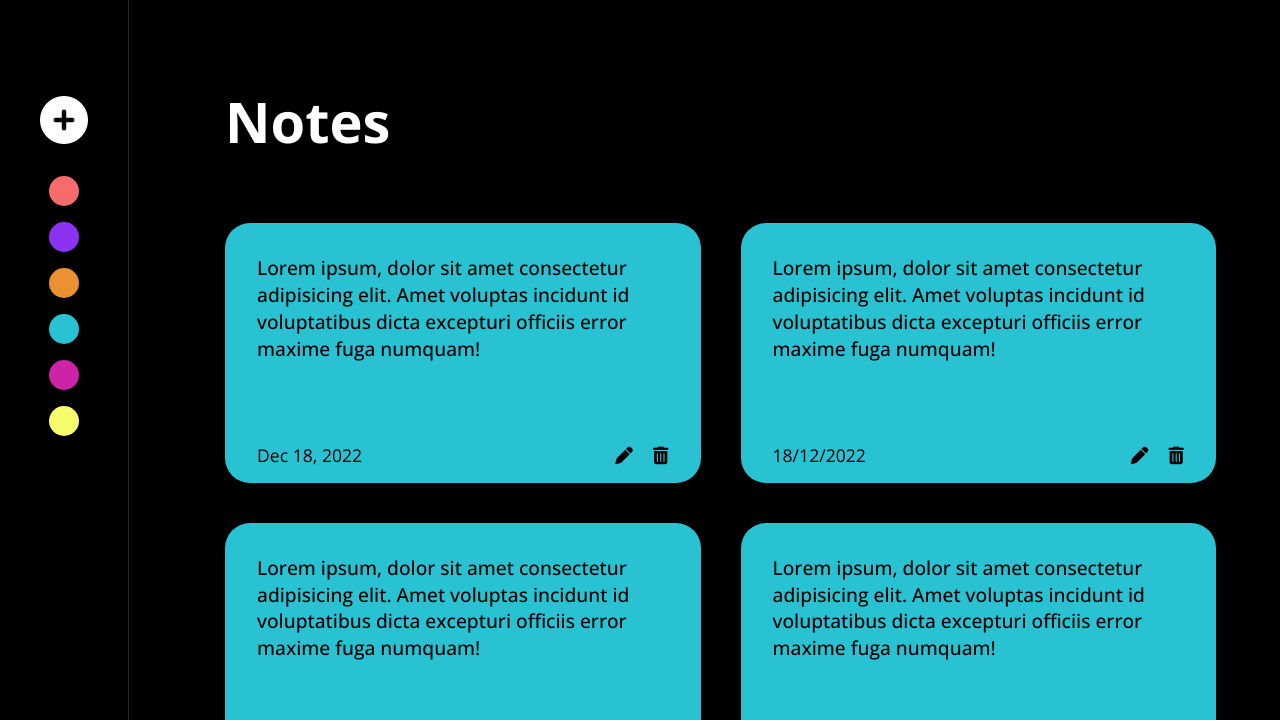
Repository: emiliaiwu/notes_app
Page: index.html
An editor plug-in stored every save of this project. The page is shown before and after a run of saves, followed by the edit.
The browser window is 1280 px wide. The pictures show the whole page.
An inner scrolling area shows only its first screen. Some web libraries are served in a nearby version.

Above is the page before, as saved 2022-12-19 23:39:42.

### index.html
<!DOCTYPE html>
<html lang="en">
<head>
    <meta charset="UTF-8">
    <meta http-equiv="X-UA-Compatible" content="IE=edge">
    <meta name="viewport" content="width=device-width, initial-scale=1.0">
    <script src="https://kit.fontawesome.com/fd9c36575f.js" crossorigin="anonymous"></script>
    <link rel="stylesheet" href="style.css">
    <title>Notes App</title>
</head>
<body>
    <div class="container">
        <div class="add">
            <div class="add_card"><i class="fa-solid fa-circle-plus"></i></div>
            <ul class="card_colors">
                <li class="card_color c1"></li>
                <li class="card_color c2"></li>
                <li class="card_color c3"></li>
                <li class="card_color c4"></li>
                <li class="card_color c5"></li>
                <li class="card_color c6"></li>
            </ul>
        </div>
        <div class="cards_container">
            <h1>Notes</h1>
            <div class="cards">

                <div class="card">
                    <p class="text">
                        Lorem ipsum, dolor sit amet consectetur adipisicing elit. Amet voluptas incidunt id voluptatibus dicta excepturi officiis error maxime fuga numquam!
                    </p>
                    <span class="footer close">
                        <small class="date">Dec 18, 2022</small>
                        <span>
                           <small class="edit"><i class="fa-solid fa-pen"></i></small>
                           <small class="delete"><i class="fa-solid fa-trash-can"></i></small>
                        </span>
                    </span>
                    <span class="footer open">
                        <ul class="edit_settings">
                            <li class="bold"><i class="fa-solid fa-bold"></i></li>
                            <li class="italic"><i class="fa-solid fa-italic"></i></li>
                            <li class="underline"><i class="fa-solid fa-underline"></i></li>
                            <li class="strikethrough"><i class="fa-solid fa-strikethrough"></i></li>
                            <li class="toggleBtn"><i class="fa-solid fa-list-ul"></i></li>
                            <li class="add_image"><i class="fa-solid fa-image"></i></li>
                        </ul>
                    </span>
                </div>

                <div class="card">
                    <span class="text">
                        Lorem ipsum, dolor sit amet consectetur adipisicing elit. Amet voluptas incidunt id voluptatibus dicta excepturi officiis error maxime fuga numquam!
                    </span>
                    <span class="footer close">
                        <small class="date">18/12/2022</small>
                        <span>
                           <small class="edit"><i class="fa-solid fa-pen"></i></small>
                           <small class="delete"><i class="fa-solid fa-trash-can"></i></small>
                        </span>
                    </span>
                    <span class="footer open">
                        <ul class="edit_settings">
                            <li class="bold"><i class="fa-solid fa-bold"></i></li>
                            <li class="italic"><i class="fa-solid fa-italic"></i></li>
                            <li class="underline"><i class="fa-solid fa-underline"></i></li>
                            <li class="strikethrough"><i class="fa-solid fa-strikethrough"></i></li>
                            <li class="toggleBtn"><i class="fa-solid fa-list-ul"></i></li>
                            <li class="add_image"><i class="fa-solid fa-image"></i></li>
                        </ul>
                    </span>
                </div>

                <div class="card">
                    <span class="text">
                        Lorem ipsum, dolor sit amet consectetur adipisicing elit. Amet voluptas incidunt id voluptatibus dicta excepturi officiis error maxime fuga numquam!
                    </span>
                    <span class="footer close">
                        <small class="date">18/12/2022</small>
                        <span>
                           <small class="edit"><i class="fa-solid fa-pen"></i></small>
                           <small class="delete"><i class="fa-solid fa-trash-can"></i></small>
                        </span>
                    </span>
                    <span class="footer open">
                        <ul class="edit_settings">
                            <li class="bold"><i class="fa-solid fa-bold"></i></li>
                            <li class="italic"><i class="fa-solid fa-italic"></i></li>
                            <li class="underline"><i class="fa-solid fa-underline"></i></li>
                            <li class="strikethrough"><i class="fa-solid fa-strikethrough"></i></li>
                            <li class="toggleBtn"><i class="fa-solid fa-list-ul"></i></li>
                            <li class="add_image"><i class="fa-solid fa-image"></i></li>
                        </ul>
                    </span>
                </div>

                <div class="card">
                    <span class="text">
                        Lorem ipsum, dolor sit amet consectetur adipisicing elit. Amet voluptas incidunt id voluptatibus dicta excepturi officiis error maxime fuga numquam!
                    </span>
                    <span class="footer close">
                        <small class="date">18/12/2022</small>
                        <span>
                           <small class="edit"><i class="fa-solid fa-pen"></i></small>
                           <small class="delete"><i class="fa-solid fa-trash-can"></i></small>
                        </span>
                    </span>
                    <span class="footer open">
                        <ul class="edit_settings">
                            <li class="bold"><i class="fa-solid fa-bold"></i></li>
                            <li class="italic"><i class="fa-solid fa-italic"></i></li>
                            <li class="underline"><i class="fa-solid fa-underline"></i></li>
                            <li class="strikethrough"><i class="fa-solid fa-strikethrough"></i></li>
                            <li class="toggleBtn"><i class="fa-solid fa-list-ul"></i></li>
                            <li class="add_image"><i class="fa-solid fa-image"></i></li>
                        </ul>
                    </span>
                </div>


            </div>
        </div>




    </div>

</body>
</html>

### style.css
@import url('https://fonts.googleapis.com/css2?family=Open+Sans:wght@300;400;500;700&display=swap');


* {
    margin: 0;
    padding: 0;
    box-sizing: border-box;
    list-style-type: none;

}

body {
    font-family: 'Open Sans', sans-serif;
    width: 100vw;
    height: 100vh;
    background-color: #000;
    color: #fff;

}

h1 {
    font-size: 3.5rem;
    margin-bottom: 4rem;
    color: #fff;
}

.container {
    display: flex;
    width: 100%;
    height: 100%;
    gap: 2rem;
}

.add {
    border-right: 1px solid rgba(255, 255, 255, 0.15);
    min-height: 100vh;
    display: flex;
    flex-direction: column;
    align-items: center;
    padding: 6rem 2.5rem;

}

.card_color {
    width: 30px;
    height: 30px;
    border-radius: 50%;
    margin-bottom: 1rem;

}

.fa-circle-plus {
    font-size: 3rem;
    margin-bottom: 2rem;
}

.c1 {
    background-color: #F66B6B;
}

.c2 {
    background-color: #8C33F3;
}

.c3 {
    background-color: #EA9231;
}

.c4 {
    background-color: #29C2D3;
}

.c5 {
    background-color: #CC23A7;
}

.c6 {
    background-color: #F7FC6C;
}






/* CARDS CONTAINER */

.cards_container {
    padding: 5.2rem 4rem;
    height: 100%;
    overflow-y: scroll;
    width: 100%;
    color: #000;
}

.cards {
    display: grid;
    grid-template-columns: repeat(auto-fit, minmax(19rem, 1fr));
    gap: 2.5rem;
}

.card {
    display: flex;
    flex-direction: column;
    justify-content: space-between;
    background-color: #29C2D3;
    padding: 2rem 2rem 1rem 2rem;
    border-radius: 25px;
}

.close,
.edit_settings {
    display: flex;
    justify-content: space-between;

}

.text {
    margin-bottom: 5rem;
    font-size: 1.2rem;
    font-weight: 500;
    line-height: 1.4;
}

small {
    font-size: 1.1rem;
}

.fa-trash-can {
    margin-left: 1rem;
}


.edit_settings {
    border-top: 1px solid rgba(0, 0, 0, 0.178);;
    width: 100%;
    padding: 1rem;
}

ul li i {
    font-size: 1.2rem;
}


/* OPEN AND CLOSE FUNCTIONALITY */

.open {
    display: none;

}

After the next 7 saves:
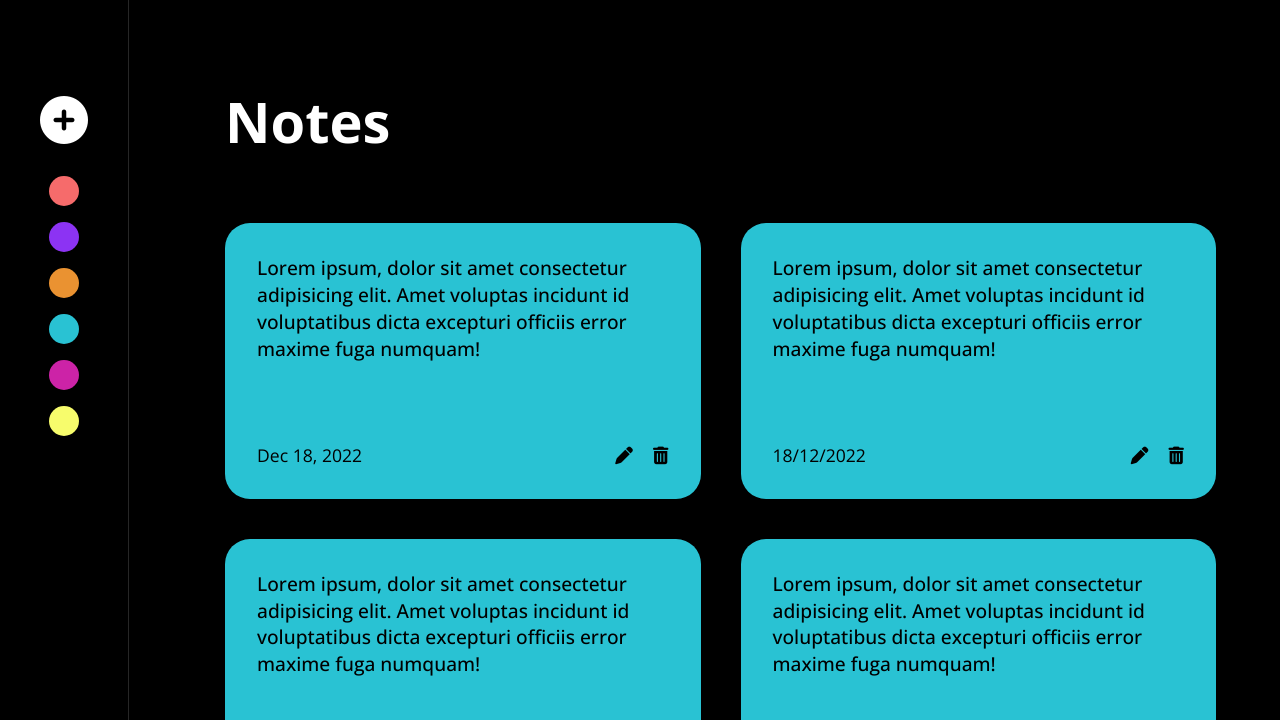
The 7 saves are shown as one change because they came seconds apart.
The last was saved 19 s later.
--- a/style.css
+++ b/style.css
@@ -148,3 +148,7 @@ ul li i {
     display: none;
 
 }
+
+.close {
+    padding-bottom: 1rem;
+}
